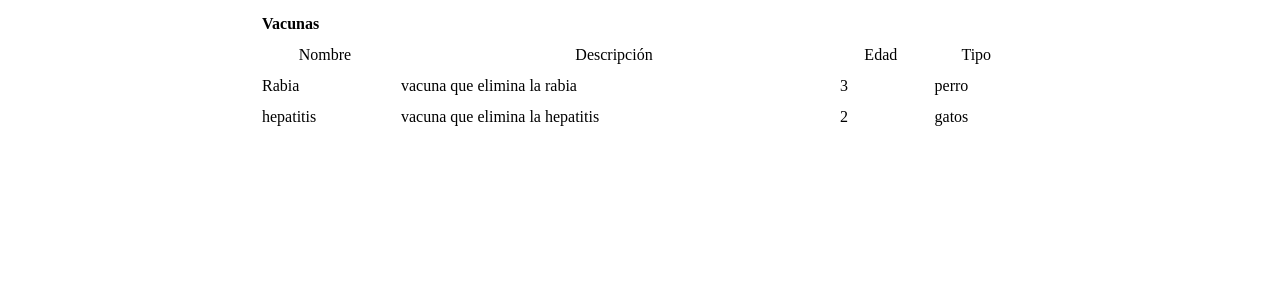
Repository: jorgesanchezfernandez/CodePortfolio
Page: http://localhost/Perrera/ListadoVacunas.jsp
These files come from the project's save history. The page is drawn as it stood at one moment and after the next save; the edit follows.
The browser window is 1280 px wide. The pictures show the whole page.
The page is served by Tomcat 9.

Above is the page before, as saved 2006-05-04 16:42:58.

After the next save:
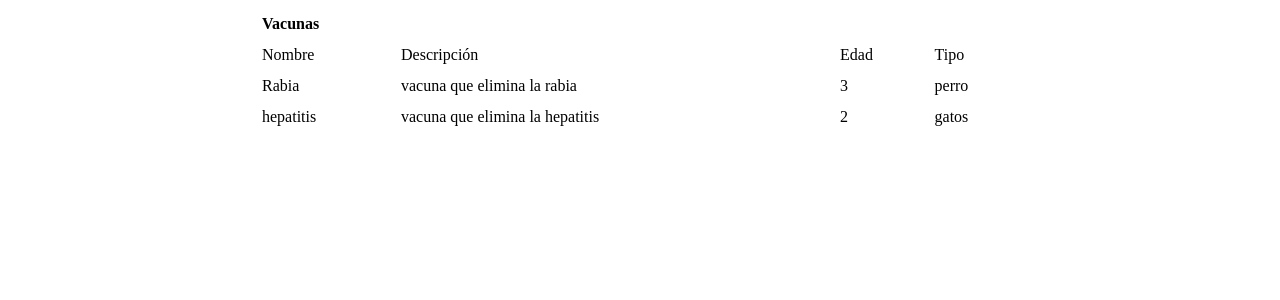
Saved 9 s later.
--- a/Java & Javascript/Web/Perrera/WebContent/ListadoVacunas.jsp
+++ b/Java & Javascript/Web/Perrera/WebContent/ListadoVacunas.jsp
@@ -13,7 +13,7 @@ align="center" border="0">
 	<tr>
 	<td colspan="6"><b>Vacunas</b></td>
 	</tr>
-	<tr valign =" middle" align="center" id="cabecera">
+	<tr>
 	<td>Nombre</td><td>Descripción</td> <td>Edad</td><td>Tipo</td>
 	</tr>
 <%
